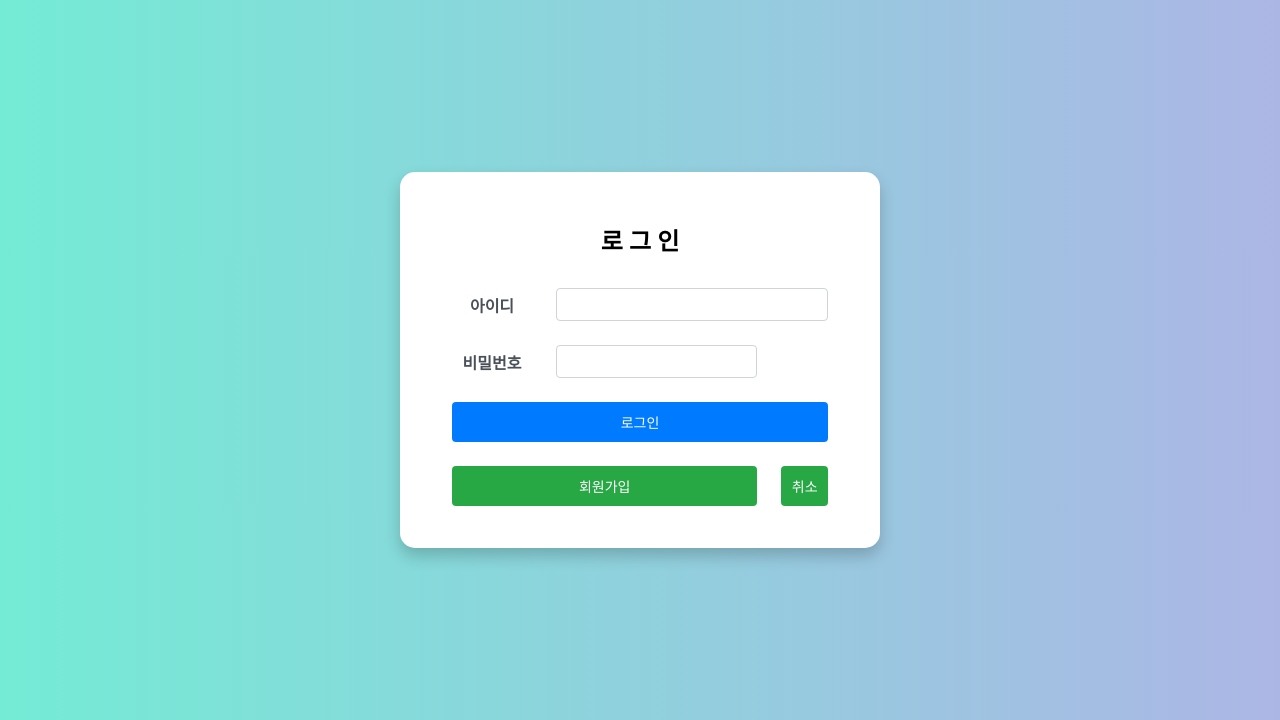
Repository: 1plus1equals3-true/Board-Project
Page: http://localhost/jsp/member/Login.jsp
An editor plug-in stored every save of this project. The page is shown before and after the next save, followed by the edit.
The browser window is 1280 px wide. The pictures show the whole page.
The page is served by Tomcat 9.

Above is the page before, as saved 2025-09-24 07:38:40.

After the next save:
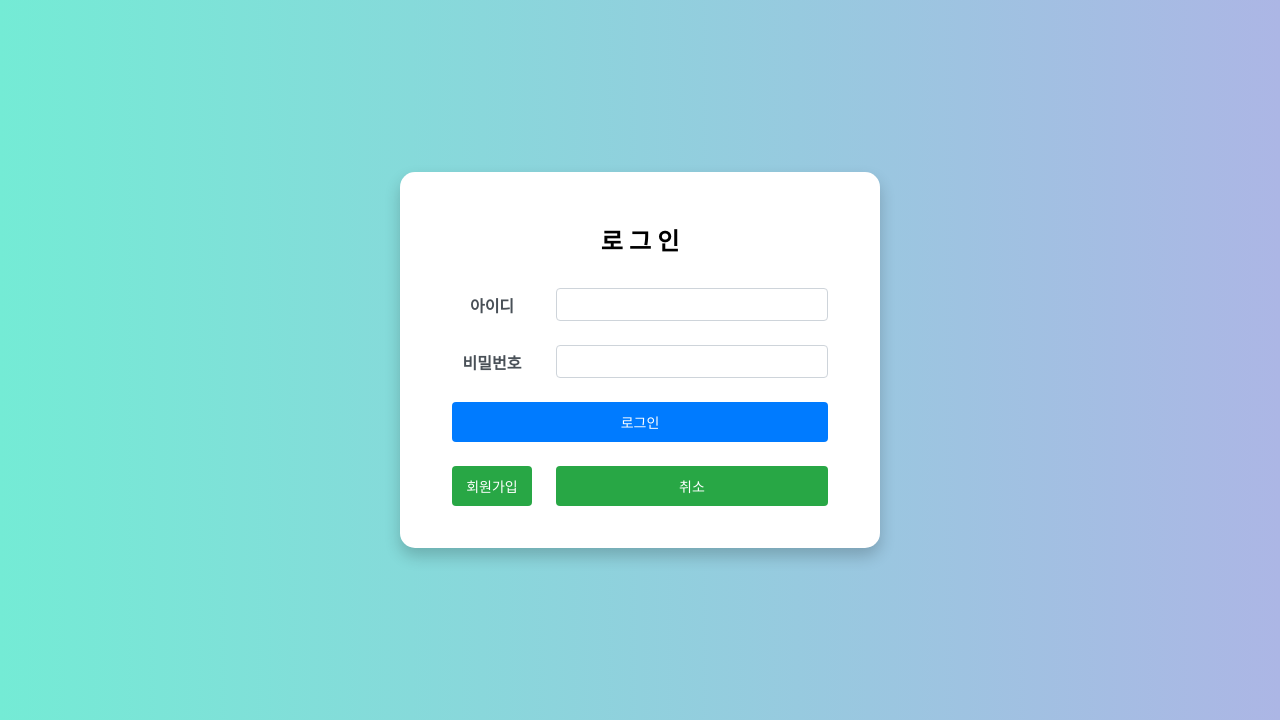
Saved 4 s later.
--- a/jsp/src/main/webapp/member/Login.jsp
+++ b/jsp/src/main/webapp/member/Login.jsp
@@ -118,7 +118,7 @@ body {
 
 		<tr>
 			<td>비밀번호</td>
-			<td><input type="password" name="loginpass"></td>
+			<td colspan="2"><input type="password" name="loginpass"></td>
 		</tr>
 
 		<tr>
